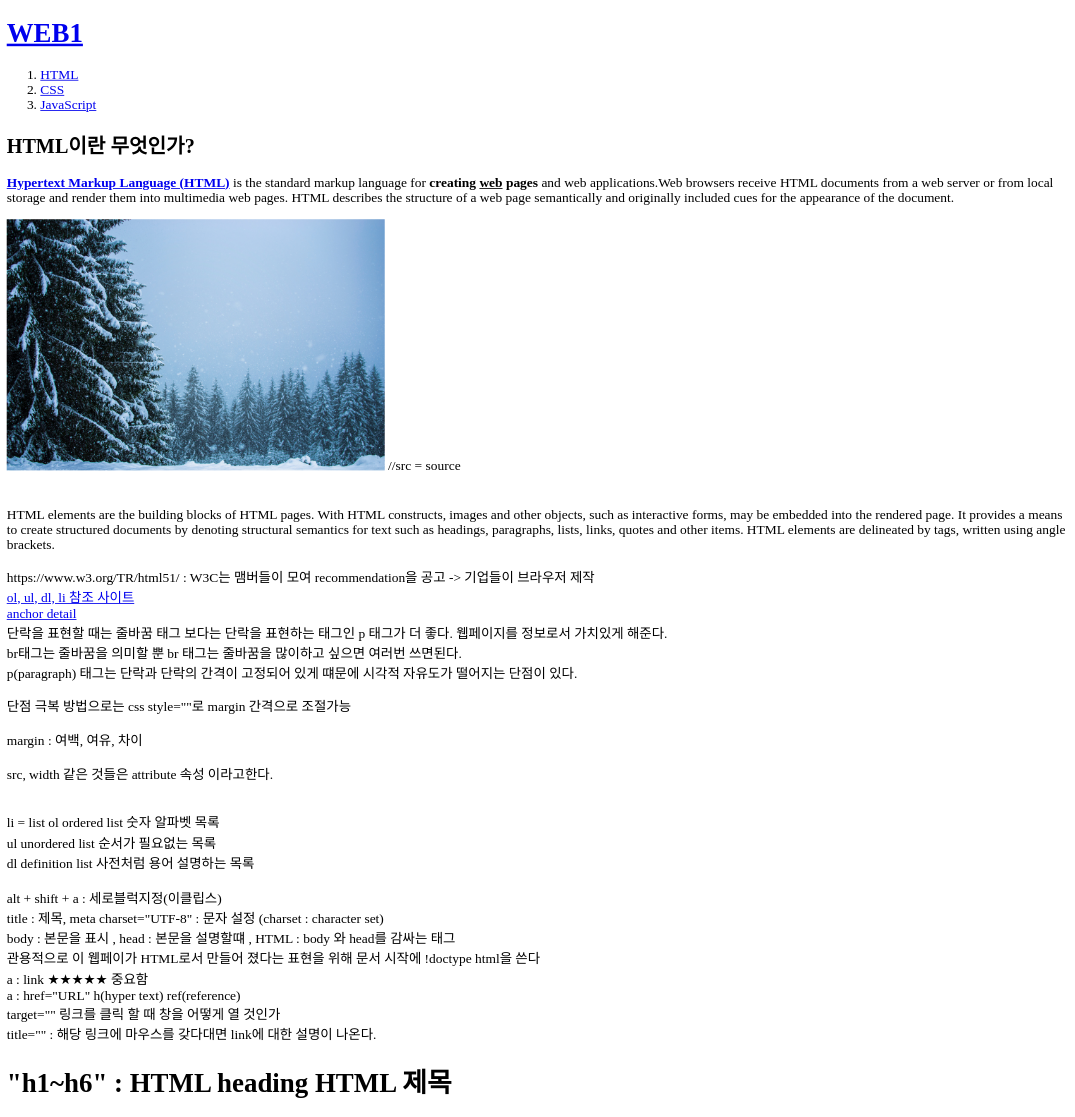
Repository: winterer4/Web-1
Page: HTML5/2.html
These files come from the project's save history. The page is drawn as it stood at one moment and after the next save; the edit follows.
The browser window is 1280 px wide. The pictures show the whole page, at 84% of full size.

Above is the page before, as saved 2018-10-29 07:30:57.

### HTML5/2.html
<!DOCTYPE html>
<html>
<head>
<meta charset="UTF-8">
<title>WEB 1  - HTML</title>
</head>
<body>
 <h1><a href="index.html">WEB1</a></h1>
<ol>
	<li><a href="1.html">HTML      </a></li>
	<li><a href="2.html">CSS       </a></li>
	<li><a href="3.html">JavaScript</a></li>
</ol>

	<h2>HTML이란 무엇인가?</h2>
	<p>
		<strong><a : href="https://www.w3.org/TR/html51/" target="_blank" title="html5 specificaiton">Hypertext Markup Language (HTML)</a></strong> is the standard markup language for <strong>creating
			<u>web</u> pages
		</strong> and web applications.Web browsers receive HTML documents from a web
		server or from local storage and render them into multimedia web
		pages. HTML describes the structure of a web page semantically and
		originally included cues for the appearance of the document.
	</p>
	<img src ="one.jpg" width="450">
	//src = source
	<p style="margin-top: 40px;">HTML elements are the building blocks
		of HTML pages. With HTML constructs, images and other objects, such as
		interactive forms, may be embedded into the rendered page. It provides
		a means to create structured documents by denoting structural
		semantics for text such as headings, paragraphs, lists, links, quotes
		and other items. HTML elements are delineated by tags, written using
		angle brackets.</p>



https://www.w3.org/TR/html51/ : W3C는 맴버들이 모여 recommendation을 공고 -> 기업들이 브라우저 제작


 <br>  <a : href="http://aboooks.tistory.com/87", target="_blank", title="설명">ol, ul, dl, li 참조 사이트</a>
 <br>  <a : href="http://aboooks.tistory.com/87", target="_blank", title="링크에 대한 설명">anchor detail</a>
 <br>
	단락을 표현할 때는 줄바꿈 태그 보다는 단락을 표현하는 태그인 p 태그가 더 좋다. 웹페이지를 정보로서 가치있게 해준다.
	<br> br태그는 줄바꿈을 의미할 뿐 br 태그는 줄바꿈을 많이하고 싶으면 여러번 쓰면된다.
	<br> p(paragraph) 태그는 단락과 단락의 간격이 고정되어 있게 떄문에 시각적 자유도가 떨어지는 단점이 있다.
	<p> 단점 극복 방법으로는 css style=""로 margin 간격으로 조절가능</p>
	 margin : 여백, 여유, 차이
	 <p> src, width 같은 것들은 attribute 속성 이라고한다.</p>
	 <br>li = list
	 ol ordered list 숫자 알파벳 목록<br>
	 ul unordered list 순서가 필요없는 목록<br>
	 dl definition list 사전처럼 용어 설명하는 목록<br>
	  <br>alt + shift + a : 세로블럭지정(이클립스)
	  <br> title : 제목, meta charset="UTF-8" : 문자 설정 (charset : character set)
	  <br> body  : 본문을 표시 , head : 본문을 설명할떄 , HTML : body 와 head를 감싸는 태그
	  <br> 관용적으로 이 웹페이가 HTML로서 만들어 졌다는 표현을 위해 문서 시작에 !doctype html을 쓴다
	  <br> a : link ★★★★★   중요함
	  <br> a : href="URL" h(hyper text) ref(reference) <br> target="" 링크를 클릭 할 때 창을 어떻게 열 것인가 <br>
	  title="" : 해당 링크에 마우스를 갖다대면 link에 대한 설명이 나온다.

</body>

<h1>"h1~h6" : HTML heading HTML 제목</h1>




</html>

After the next save:
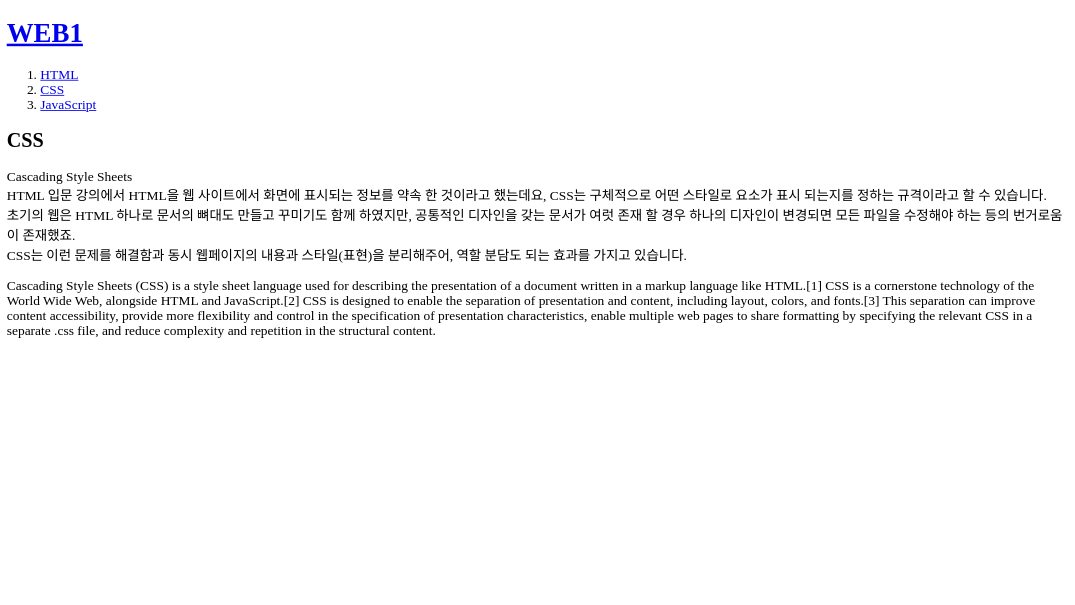
Saved 3 min 43 s later.
--- a/HTML5/2.html
+++ b/HTML5/2.html
@@ -12,54 +12,31 @@
 	<li><a href="3.html">JavaScript</a></li>
 </ol>
 
-	<h2>HTML이란 무엇인가?</h2>
-	<p>
-		<strong><a : href="https://www.w3.org/TR/html51/" target="_blank" title="html5 specificaiton">Hypertext Markup Language (HTML)</a></strong> is the standard markup language for <strong>creating
-			<u>web</u> pages
-		</strong> and web applications.Web browsers receive HTML documents from a web
-		server or from local storage and render them into multimedia web
-		pages. HTML describes the structure of a web page semantically and
-		originally included cues for the appearance of the document.
-	</p>
-	<img src ="one.jpg" width="450">
-	//src = source
-	<p style="margin-top: 40px;">HTML elements are the building blocks
-		of HTML pages. With HTML constructs, images and other objects, such as
-		interactive forms, may be embedded into the rendered page. It provides
-		a means to create structured documents by denoting structural
-		semantics for text such as headings, paragraphs, lists, links, quotes
-		and other items. HTML elements are delineated by tags, written using
-		angle brackets.</p>
+	<h2>CSS</h2>
+<p>
+Cascading Style Sheets
+<br>
+HTML 입문 강의에서 HTML을 웹 사이트에서 화면에 표시되는 정보를 약속 한 것이라고 했는데요,
+CSS는 구체적으로 어떤 스타일로 요소가 표시 되는지를 정하는 규격이라고 할 수 있습니다.
+<br>
+초기의 웹은 HTML 하나로 문서의 뼈대도 만들고 꾸미기도 함께 하였지만,
+공통적인 디자인을 갖는 문서가 여럿 존재 할 경우 하나의 디자인이 변경되면 모든 파일을 수정해야 하는 등의 번거로움이 존재했죠.
+<br>
+CSS는 이런 문제를 해결함과 동시 웹페이지의 내용과 스타일(표현)을 분리해주어, 역할 분담도 되는 효과를 가지고 있습니다.
+
+</p>
+<p>
+Cascading Style Sheets (CSS) is a style sheet language used for describing the presentation of a document written in a markup language like HTML.[1] CSS is a cornerstone technology of the World Wide Web, alongside HTML and JavaScript.[2]
+
+CSS is designed to enable the separation of presentation and content, including layout, colors, and fonts.[3] This separation can improve content accessibility, provide more flexibility and control in the specification of presentation characteristics, enable multiple web pages to share formatting by specifying the relevant CSS in a separate .css file, and reduce complexity and repetition in the structural content.
+
+
+</p>
 
 
 
-https://www.w3.org/TR/html51/ : W3C는 맴버들이 모여 recommendation을 공고 -> 기업들이 브라우저 제작
-
-
- <br>  <a : href="http://aboooks.tistory.com/87", target="_blank", title="설명">ol, ul, dl, li 참조 사이트</a>
- <br>  <a : href="http://aboooks.tistory.com/87", target="_blank", title="링크에 대한 설명">anchor detail</a>
- <br>
-	단락을 표현할 때는 줄바꿈 태그 보다는 단락을 표현하는 태그인 p 태그가 더 좋다. 웹페이지를 정보로서 가치있게 해준다.
-	<br> br태그는 줄바꿈을 의미할 뿐 br 태그는 줄바꿈을 많이하고 싶으면 여러번 쓰면된다.
-	<br> p(paragraph) 태그는 단락과 단락의 간격이 고정되어 있게 떄문에 시각적 자유도가 떨어지는 단점이 있다.
-	<p> 단점 극복 방법으로는 css style=""로 margin 간격으로 조절가능</p>
-	 margin : 여백, 여유, 차이
-	 <p> src, width 같은 것들은 attribute 속성 이라고한다.</p>
-	 <br>li = list
-	 ol ordered list 숫자 알파벳 목록<br>
-	 ul unordered list 순서가 필요없는 목록<br>
-	 dl definition list 사전처럼 용어 설명하는 목록<br>
-	  <br>alt + shift + a : 세로블럭지정(이클립스)
-	  <br> title : 제목, meta charset="UTF-8" : 문자 설정 (charset : character set)
-	  <br> body  : 본문을 표시 , head : 본문을 설명할떄 , HTML : body 와 head를 감싸는 태그
-	  <br> 관용적으로 이 웹페이가 HTML로서 만들어 졌다는 표현을 위해 문서 시작에 !doctype html을 쓴다
-	  <br> a : link ★★★★★   중요함
-	  <br> a : href="URL" h(hyper text) ref(reference) <br> target="" 링크를 클릭 할 때 창을 어떻게 열 것인가 <br>
-	  title="" : 해당 링크에 마우스를 갖다대면 link에 대한 설명이 나온다.
 
 </body>
-
-<h1>"h1~h6" : HTML heading HTML 제목</h1>
 
 
 
